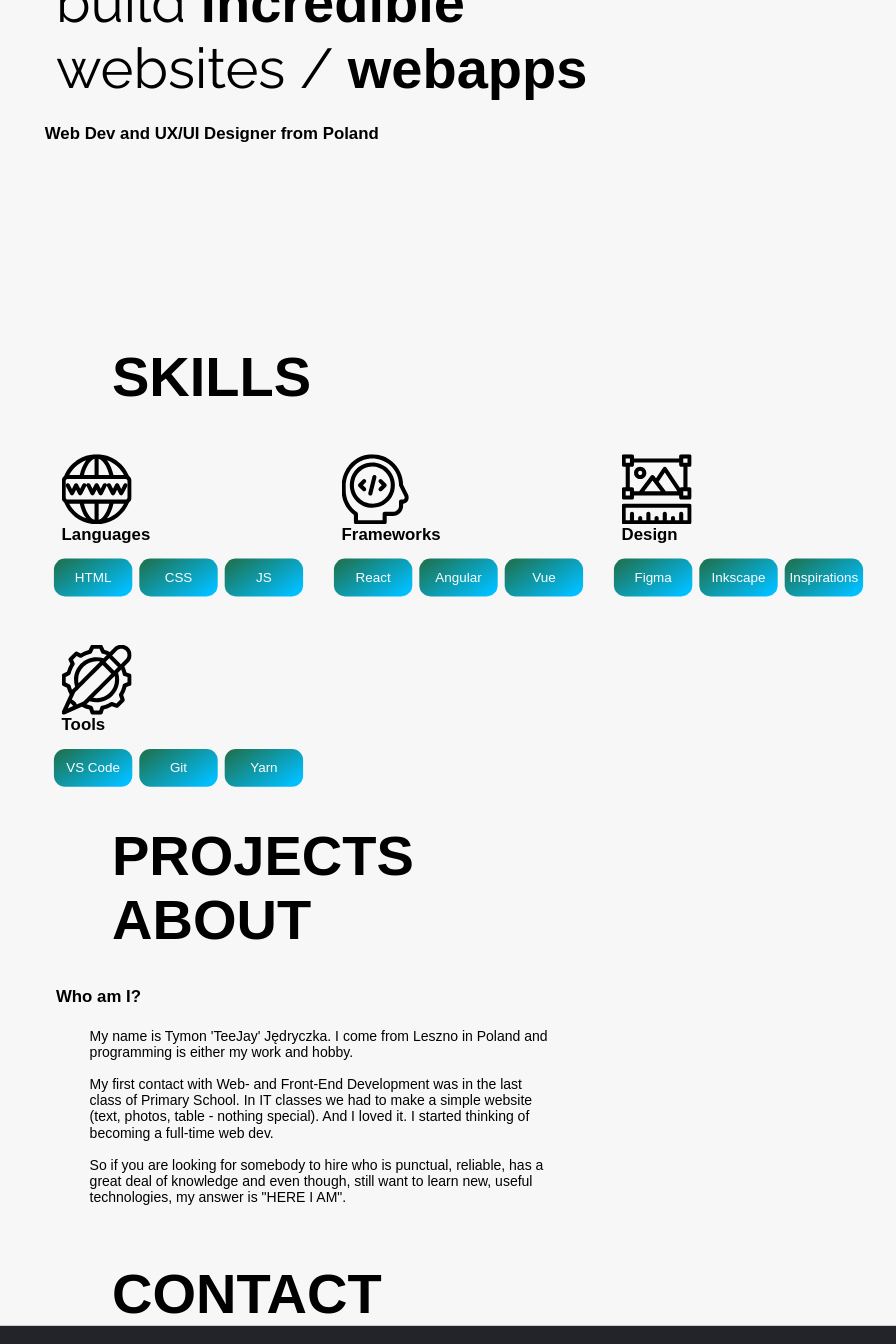
Repository: TeeJaysDev/Portfolio
Page: index.html
An editor plug-in stored every save of this project. The page is shown before and after the next save, followed by the edit.
The browser window is 1280 px wide. The pictures show the part of the page from y = 570 to 2490 px (the page is 2676 px tall), at 70% of full size.

Above is the page before, as saved 2021-04-24 20:52:18.

### index.html
<!DOCTYPE html>
<html lang="en">
<head>
    <meta charset="UTF-8">
    <meta http-equiv="X-UA-Compatible" content="IE=edge">
    <meta name="viewport" content="width=device-width, initial-scale=1.0">
    <script type="text/javascript" src="script.js"></script>
    <link rel="stylesheet" href="style.css">
    <link href="https://fonts.googleapis.com/css2?family=Raleway&display=swap" rel="stylesheet">
    <link href="https://fonts.googleapis.com/css2?family=Quicksand:wght@700&display=swap" rel="stylesheet">
    <title>Tymon Jędryczka | Portfolio</title>
</head>
<body>
    <nav>
        <a href="#skills"><h3>skills</h3></a>
        <a href="#projects"><h3>projects</h3></a>
        <a href="#about"><h3>about</h3></a>
        <a href="#contact"><h3>contact</h3></a>
    </nav>
    <header>
        <h2 class="welcome_part_h1">h1</h2>
        <h1 class="welcome_part">
            Hi, I'm <strong>Tymon</strong><br>
            I design <strong>and</strong><br>
            build <strong>incredible</strong><br>
            websites / <strong>webapps</strong>
        </h1>
        <h2 class="welcome_part_h2">
            Web Dev and UX/UI Designer from Poland
        </h2>
    </header>
    <main>
        <h1>
            SKILLS
        </h1>
        <section id="skills">
                <div class="languages">
                    <div class="box">
                        <div class="imageh2">
                            <img src="Images/svg/languages.svg">
                            <h2>Languages</h2>
                        </div>
                        <div class="text">
                            <li>HTML</li>
                            <li>CSS</li>
                            <li>JS</li>
                        </div>
                    </div>
                </div>
                <div class="frameworks">
                    <div class="box">
                        <div class="imageh2">
                            <img src="Images/svg/frameworks.svg">
                            <h2>Frameworks</h2>
                        </div>
                        <div class="text">
                            <li>React</li>
                            <li>Angular</li>
                            <li>Vue</li>
                        </div>
                    </div>
                </div>
                <div class="design">
                    <div class="box">
                        <div class="imageh2">
                            <img src="Images/svg/design.svg">
                            <h2>Design</h2>
                        </div>
                        <div class="text">
                            <li>Figma</li>
                            <li>Inkscape</li>
                            <li>Inspirations</li>
                        </div>
                    </div>
                </div>
                <div class="tools">
                    <div class="box">
                        <div class="imageh2">
                            <img src="Images/svg/tools.svg">
                            <h2>Tools</h2>
                        </div>
                        <div class="text">
                            <li>VS Code</li>
                            <li>Git</li>
                            <li>Yarn</li>
                        </div>
                    </div>
                </div>
        </section>
        <section id="projects">
            <h1>
                PROJECTS
            </h1>
        </section>
        <section id="about">
            <h1>
                ABOUT
            </h1>
            <h2>
                Who am I?
            </h2>
            <p>
                My name is Tymon 'TeeJay' Jędryczka. I come from Leszno in Poland and programming is either my work and hobby.
                <br><br>
                My first contact with Web- and Front-End Development was in the last class of Primary School. In IT classes we had to make a simple website (text, photos, table - nothing special). And I loved it. I started thinking of becoming a full-time web dev.
                <!-- <br><br> I am also a self-taught dev and with CodeCademy and YouTube I get knowledge of HTML5, CSS3, JS, and its frameworks (React, Angular, Vue). I call myself a 2-in-1 developer 'cause I design things (usually in Figma) and then make them real by writing some code. -->
                <br><br>
                So if you are looking for somebody to hire who is punctual, reliable, has a great deal of knowledge and even though, still want to learn new, useful technologies, my answer is "HERE I AM".
            </p>
        </section>
        <section id="contact">
            <h1>
                CONTACT
            </h1>
        </section>
    </main>
    <footer>
        <h4>2021 &copy; Tymon 'TeeJay' Jędryczka</h4>
        <li><a href="https://facebook.com/tymonjedr/" target="_blank"><img src="Images/svg/facebook.svg" alt="Facebook LOGO"></a></li>
        <li><a href="https://linkedin.com/in/tymon-jedryczka/" target="_blank"><img src="Images/svg/linkedin.svg" alt="LinkedIn LOGO"></a></li>
        <li><a href="https://github.com/TeeJaysDev" target="_blank"><img src="Images/svg/github.svg" alt="GitHub LOGO"></a></li>
        <li><a href="https://stackoverflow.com/users/15029595/teejaysdev" target="_blank"><img src="Images/svg/stack.svg" alt="Stack LOGO"></a></li>
        <li><a href="https://codecademy.com/profiles/TeeJaysDev" target=”_blank”><img src="Images/svg/codecademy.svg" alt="CodeCademy LOGO"></a></li>
    </footer>
</body>
</html>

### style.css
* {
    margin: 0;
    padding: 0;
    font-family: sans-serif;
    text-decoration: none;
}

body {
    background-color: #F7F7F7;
}

nav {
    display: flex;
    justify-content: flex-end;
    margin-right: 0rem;
    margin-top: 0rem;
}

nav a {
    color: #000000;
    padding: 0.938rem;
    margin-top: 2rem;
    margin-right: 3.125rem;
    font-size: 1.563rem;
}

.welcome_part_h1 {
    font-family: monospace;
    font-size: 3.75rem;
    margin-top: 9rem;
    margin-left: 2.5rem;
    margin-bottom: 0rem;
}

.welcome_part {
    margin-top: 2rem;
    margin-left: 5rem;
    margin-bottom: 2rem;
    font-family: Raleway;
    font-weight: lighter;
    font-size: 5rem;
    min-width: 18ch;
}

.welcome_part_h2 {
    margin-bottom: 18rem;
    margin-left: 4rem;
}

#skills {
    display: grid;
    align-items: flex-end;
    grid-template-columns: repeat(auto-fit, 400px);
    margin-left: 4.5rem;
}

h1 {
    font-size: 5rem;
    margin-left: 10rem;
}

.imageh2 {
    display: flex;
    flex-wrap: wrap;
    align-items: flex-start;
    margin: 4rem 20rem 1rem 1rem;
}

.text {
    display: flex;
    flex-wrap: wrap;
}

.text li {
    list-style: none;
    margin: 1rem;
    color: #fff;
    font-size: 1.2rem;
    text-align: center;
    align-items: center;
    border-radius: 1rem;
    margin: 0.3125rem 0.3125rem;
    width: 7rem;
    background-image: linear-gradient(147deg,#206e47,#00BFFF 90%);
    padding-top: 1rem;
    padding-bottom: 1rem;
}

#about p {
    font-size: 1.25rem;
    max-width: 60ch;
    margin-left: 8rem;
    margin-bottom: 5rem;
    margin-top: 2rem;
}

#about h2 {
    margin-left: 5rem;
    margin-top: 3rem;
}

#projects h1 {
    width: 15%;
    margin-top: 3rem;
}

#about h1 {
    width: 15%;
}

#contact h1 {
    width: 17%;
}

footer, footer h4 {
    color: #C5C4C6;
    background-color: #232429;
    font-family: Arial, Helvetica, sans-serif;
    font-size: 0.938rem;
    font-weight: lighter;
    text-align: center;
    z-index: -1;
    padding-top: 1.875rem;
    padding-bottom: 3.125rem;
}

footer li{
    margin: 0 1.25;
    display: inline;
}

body .error {
    text-align: center;
}

.error p {
    font-family: Quicksand;
    font-weight: 700;
    color: #000000;
    font-size: 20rem;
    margin-top: 5rem;
}

.error button a {
    text-decoration: none;
    text-align: center;
    color: #000000;
    font-size: 2rem;
    padding: 3rem;
}

.error .mainError {
    display: flex;
    text-align: center;
    margin-left: 40rem;
    margin-right: auto;
}

.error img {
    width: 250px;
}

.error button {
    margin-top: 10rem;
}
/* Smartphone (portrait) --- */

@media only screen
and (min-width: 320px)
and (max-width: 767px) {

    nav {
        display: flex;
        justify-content: flex-end;
        margin-right: 1rem;
        margin-top: 0rem;
    }

    nav a {
        padding: 0.938rem;
        margin-top: 2rem;
        margin-right: -1rem;
        font-size: 1rem;
    }

     main .welcome_part_h1 {
        font-family: monospace;
        font-size: 2.5rem;
        margin-top: 9rem;
        margin-left: 1rem;
    }

    main .welcome_part {
        margin-top: 1rem;
        margin-left: 2rem;
        margin-bottom: 2rem;
        font-size: 1.63rem;
        min-width: 18ch;
    }

    main .welcome_part_h2 {
        margin-bottom: 10rem;
        margin-left: 2rem;
        font-size: 1rem;
    }

    section h1 {
        font-size: 3rem;
        margin-bottom: 1.563rem;
    }

    #about p {
        font-size: 1.25rem;
        max-width: 22ch;
        margin-left: 2rem;
        margin-bottom: 5rem;
    }

    #about h2 {
        margin-left: 2rem;
        margin-top: 5rem;
    }

    footer, footer h4 {
        padding-top: 1.875rem;
        padding-bottom: 3.125rem;
        width: 100%;
    }

    footer li{
        margin: 0 1.25;
        display: inline;
    }
}



@media only screen
and (min-width: 768px)
and (max-width: 1024px)
and (orientation: portrait) {

    * {
        margin: 0;
        padding: 0;
        font-family: sans-serif;
        text-decoration: none;
    }

    body {
        background-color: #F7F7F7;
    }

    nav {
        display: flex;
        justify-content: flex-end;
        margin-right: 0rem;
        margin-top: 0rem;
    }

    nav a {
        color: #000000;
        padding: 0.938rem;
        margin-top: 2rem;
        margin-right: 3.125rem;
        font-size: 1.563rem;
    }

     main .welcome_part_h1 {
        font-family: monospace;
        font-size: 3.75rem;
        margin-top: 13rem;
        margin-left: 2.5rem;
        margin-bottom: 0rem;
    }

    main .welcome_part {
        margin-top: 2rem;
        margin-left: 5rem;
        margin-bottom: 2rem;
        font-family: Raleway;
        font-weight: lighter;
        font-size: 3.9rem;
        min-width: 18ch;
    }

    main .welcome_part_h2 {
        margin-bottom: 20rem;
        margin-left: 4rem;
    }

    #about p {
        font-size: 1.25rem;
        max-width: 45ch;
        margin-left: 8rem;
        margin-bottom: 5rem;
    }

    #about h2 {
        margin-left: 5rem;
        margin-top: 5rem;
    }

    #projects h1 {
        width: 15%;
        margin-top: 3rem;
    }

    #about h1 {
        width: 15%;
    }

    #contact h1 {
        width: 17%;
    }

    footer, footer h4 {
        color: #C5C4C6;
        background-color: #232429;
        font-family: Arial, Helvetica, sans-serif;
        font-size: 0.938rem;
        font-weight: lighter;
        text-align: center;
        z-index: -1;
        width: 100%;
        padding-top: 1.875rem;
        padding-bottom: 3.125rem;
    }

    body .error {
        text-align: center;
    }

    .error p {
        font-family: Quicksand;
        font-weight: 700;
        color: #000000;
        font-size: 20rem;
        margin-top: 5rem;
    }

    .error button a {
        text-decoration: none;
        text-align: center;
        color: #000000;
        font-size: 2rem;
        padding: 3rem;
    }

    .error .mainError {
        display: flex;
        text-align: center;
        margin-left: 40rem;
        margin-right: auto;
    }

    .error img {
        width: 250px;
    }

    .error button {
        margin-top: 10rem;
    }
}

@media only screen
and (min-width: 953)
and (max-width: 1230) {
     p {
        margin-left: 1rem;
    }
}

@media only screen
and (min-width: 550px)
and (max-width: 700px) {
    main .welcome_part_h1 {
        font-family: monospace;
        font-size: 3.75rem;
        margin-top: 13rem;
        margin-left: 2.5rem;
        margin-bottom: 0rem;
    }

    main .welcome_part {
        margin-top: 2rem;
        margin-left: 5rem;
        margin-bottom: 2rem;
        font-size: 2.6rem;
    }

    main .welcome_part_h2 {
        margin-bottom: 20rem;
        margin-left: 4rem;
    }
}

@media only screen
and (min-width: 1920px) {
    main .welcome_part_h1 {
        font-family: monospace;
        font-size: 3.75rem;
        margin-top: 13rem;
        margin-left: 2.5rem;
        margin-bottom: 0rem;
    }

    main .welcome_part {
        margin-top: 2rem;
        margin-left: 5rem;
        margin-bottom: 2rem;
        font-size: 5rem;
    }

    main .welcome_part_h2 {
        margin-bottom: 20rem;
        margin-left: 4rem;
        font-size: 2.5rem;
    }
}

@media only screen
and (max-width: 950) {

}

Loaded but not shown: script.js (no stored copy; drawn as an empty file)

After the next save:
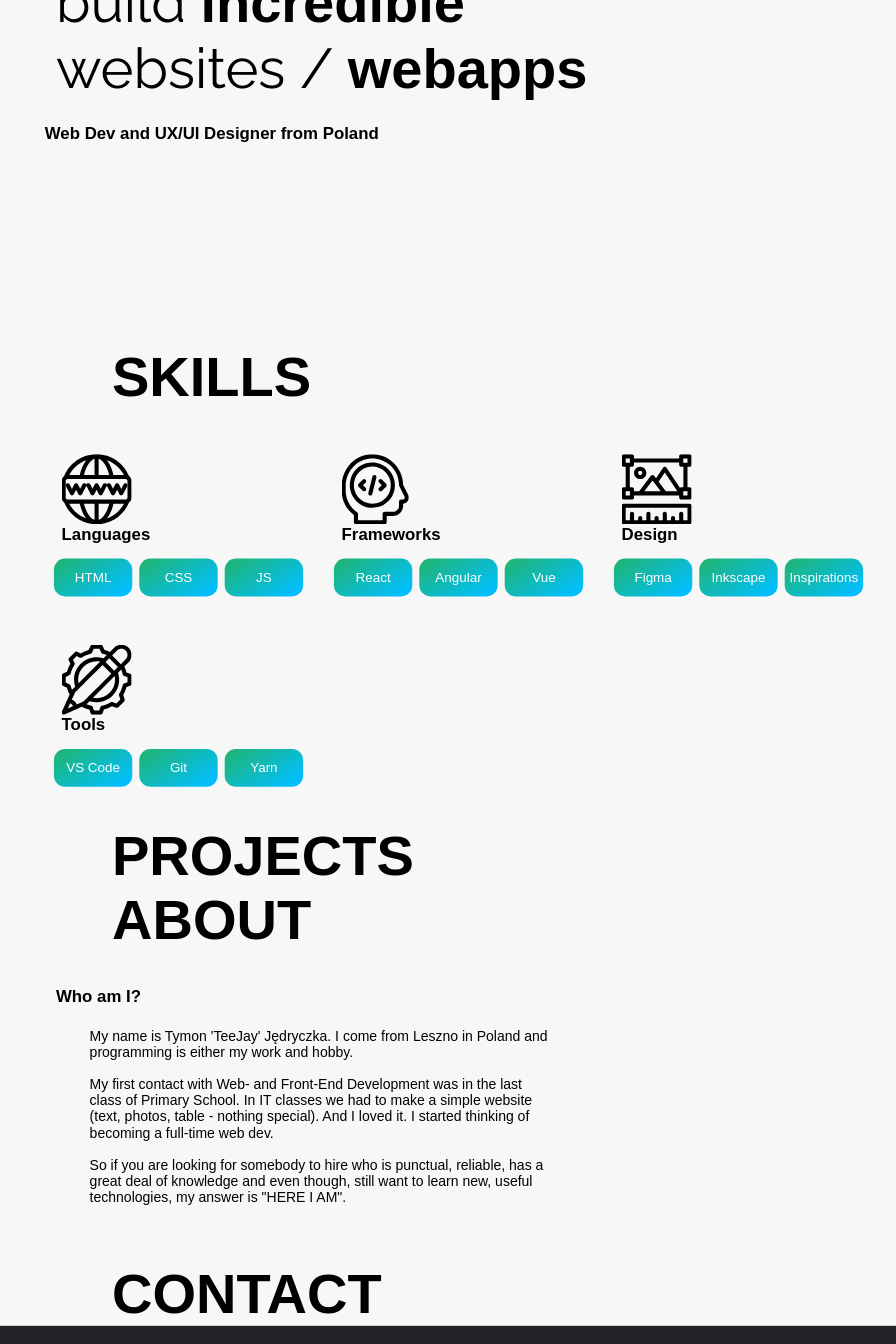
Saved 6 s later.
--- a/style.css
+++ b/style.css
@@ -81,7 +81,7 @@ h1 {
     border-radius: 1rem;
     margin: 0.3125rem 0.3125rem;
     width: 7rem;
-    background-image: linear-gradient(147deg,#206e47,#00BFFF 90%);
+    background-image: linear-gradient(147deg,#22b46b,#00BFFF 90%);
     padding-top: 1rem;
     padding-bottom: 1rem;
 }
